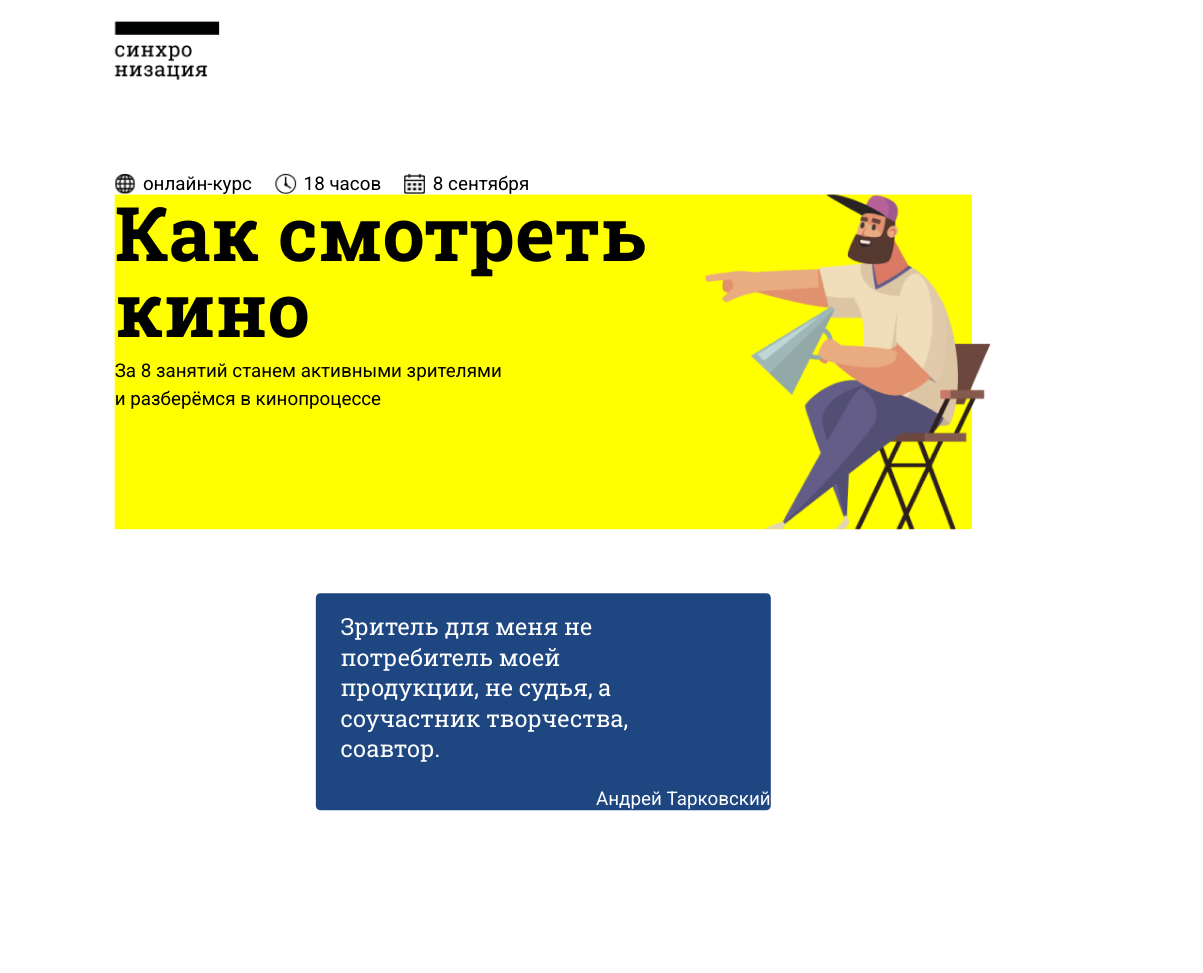
Repository: simralgasimov/task5
Page: index.html
The author's editor kept a copy of each file at every save. The page is drawn from the files as they stood at one save, then again after the next save.
The browser window is 1280 px wide. The pictures show the whole page, at 94% of full size.

Above is the page before, as saved 2023-08-28 13:35:17.

### index.html
<!DOCTYPE html>
<html lang="en">
  <head>
    <meta charset="UTF-8" />
    <meta name="viewport" content="width=device-width, initial-scale=1.0" />
    <title>Document</title>
    <link rel="stylesheet" href="index.css" />
  </head>
  <body>
    <div class="container">
      <div class="logo">
        <img src="./img/logo_mobile_black 1 (1).png" alt="" />
      </div>
      <div class="headline">
        <div>
          <img src="./img/globe.svg" alt="" />
          <p>онлайн-курс</p>
        </div>
        <div>
          <img src="./img/img_135744.png" alt="" />
          <p>18 часов</p>
        </div>
        <div>
          <img src="./img/calendar_2.png" alt="" />
          <p>8 сентября</p>
        </div>
      </div>

      <div class="box">
        <div>
          <h1>
            Как смотреть кино
          </h1>
          <p>
            За 8 занятий станем активными зрителями и разберёмся в кинопроцессе
          </p>
        </div>


        <img src="./img/noroot 1.png" alt="" />
      </div>

      <div class="box2">
        <p class="p-1">
          Зритель для меня не потребитель моей продукции, не судья, а соучастник
          творчества, соавтор.
        </p>
        <p class="p-2">Андрей Тарковский</p>
      </div>
    </div>
  </body>
</html>

### index.css
@import url('https://fonts.googleapis.com/css2?family=Roboto&family=Roboto+Slab:wght@400;700&display=swap');

* {
  padding: 0;
  margin: 0;
  box-sizing: border-box;
}

.container {
  padding: 21px 246px 173px 122px;
}

.logo {
  width: 112px;
  height: 66px;
}

.headline {
  display: flex;
  margin-top: 97px;
}
.headline div {
  display: flex;
  align-items: center;
  margin-right: 25px;
}
.headline p {
  color: #000;
  font-family: Roboto;
  font-size: 20px;
  font-style: normal;
  font-weight: 400;
  line-height: 115%;
}

.headline img:first-child {
  margin-right: 8px;
  width: 22px;
  height: 21px;
}

.headline img:nth-child(3) {
  margin-right: 8px;
  width: 22px;
  height: 22px;
}

.headline img:nth-child(5) {
  margin-right: 13px;
  width: 20px;
  height: 22px;
}

.box {
  display: flex;
  /* padding: 29px; */

  justify-content: space-between;
  background-color: yellow;
}

.box h1 {
  width: 628px;
  color: #000;
  font-family: Roboto Slab;
  font-size: 80px;
  font-style: normal;
  font-weight: 700;
  line-height: 101.385%;
}

.box p {
  margin-top: 10px;
  width: 414px;
  color: #000;
  font-family: Roboto;
  font-size: 20px;
  font-style: normal;
  font-weight: 400;
  line-height: 150%;
}

.box img {
  width: 304px;
  height: 356px;
}

.box2 {
  margin: auto auto auto auto;
  margin-top: 68px;
  width: 483.635px;
  border-radius: 5px;
  background: #1e4681;
}

.box2 .p-1 {
  padding: 19px 18px 23px 26px;
  width: 430.589px;
  color: #fff;
  font-family: Roboto Slab;
  font-size: 25px;
  font-style: normal;
  font-weight: 400;
  line-height: 130%;
}
.box2 .p-2{
  color: #FFF;
text-align: right;
font-family: Roboto;
font-size: 20px;
font-style: normal;
font-weight: 400;
line-height: 130%;
}

.box2 p:nth-child(2) {
  padding-left: 200px;
}

After the next save:
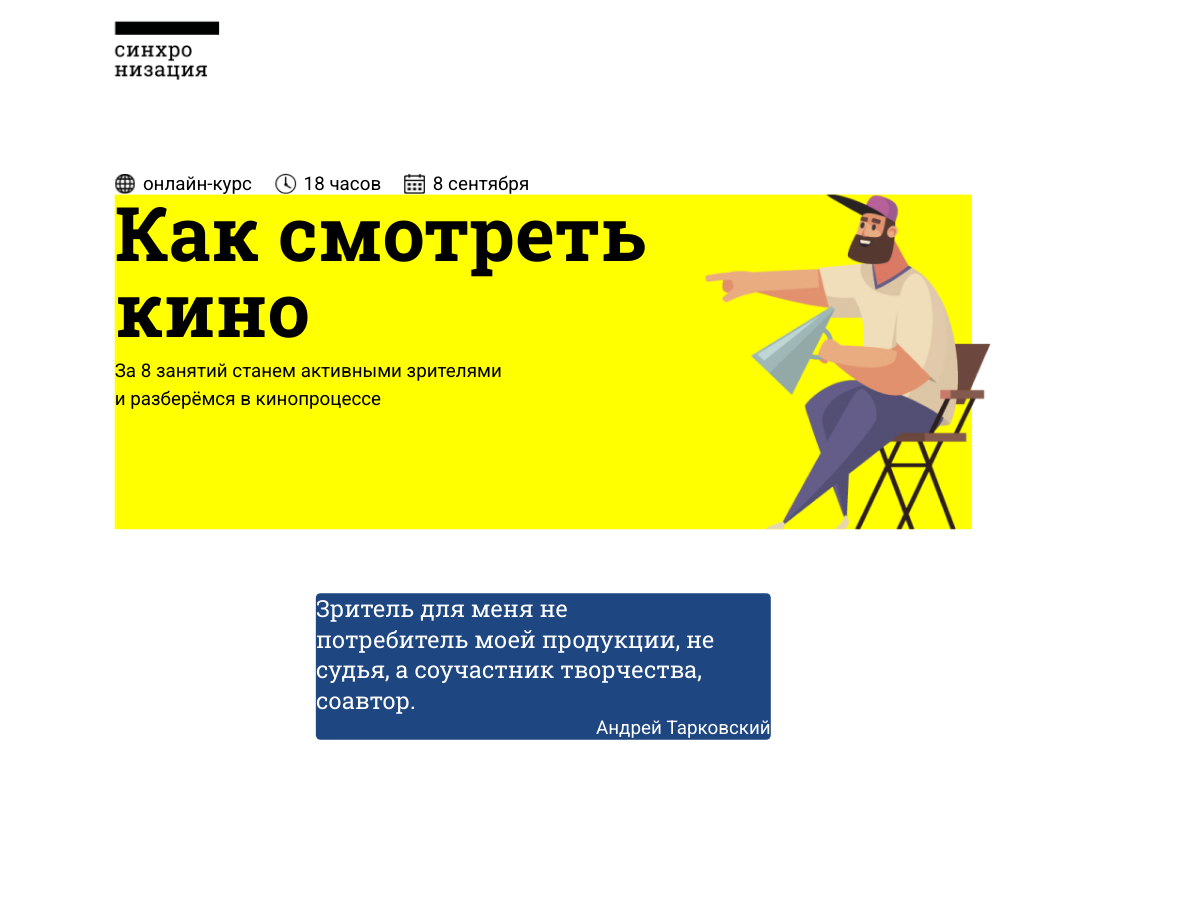
Saved 27 s later.
--- a/index.css
+++ b/index.css
@@ -94,7 +94,6 @@
 }
 
 .box2 .p-1 {
-  padding: 19px 18px 23px 26px;
   width: 430.589px;
   color: #fff;
   font-family: Roboto Slab;
